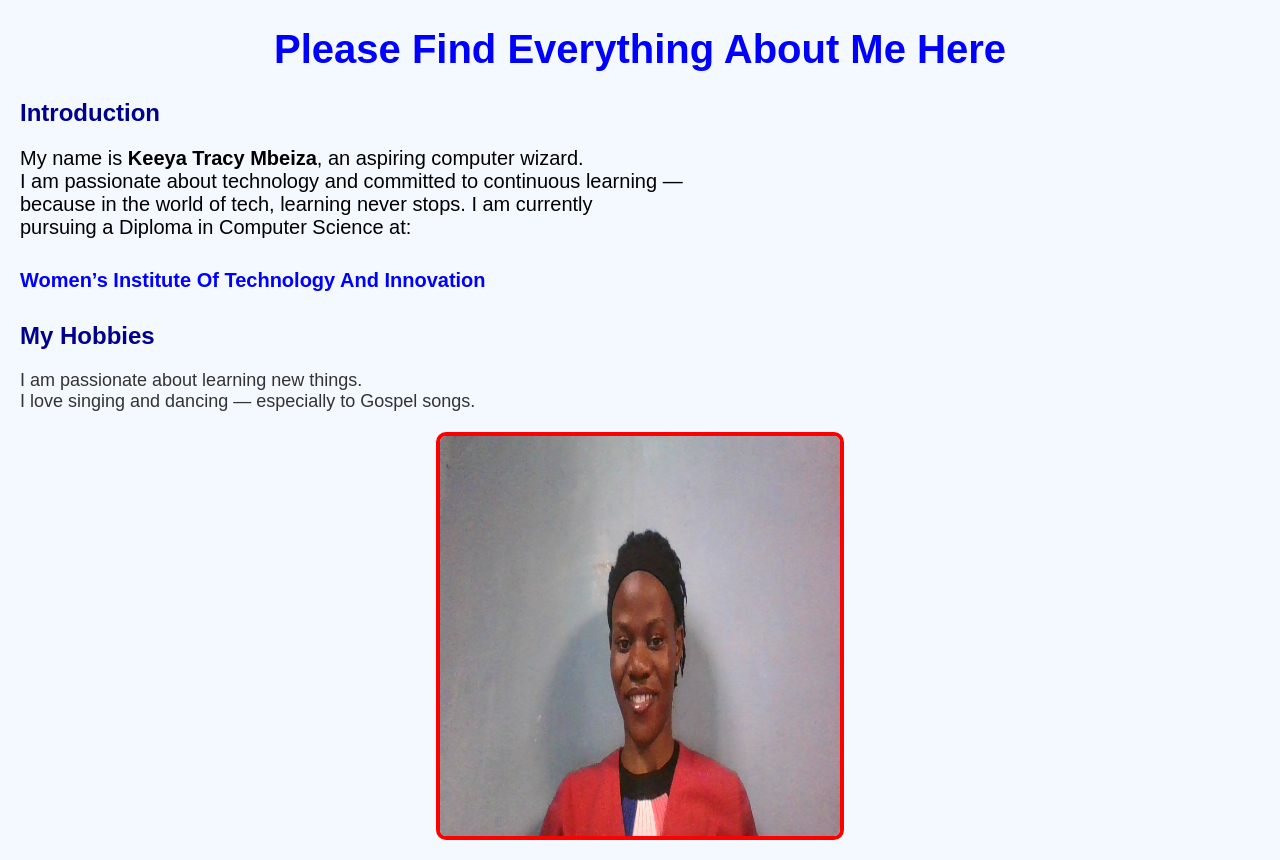
Repository: tracykeeya/my_first_web
Page: abt.html
An editor plug-in stored every save of this project. The page is shown before and after the next save, followed by the edit.
The browser window is 1280 px wide. The pictures show the whole page.

Above is the page before, as saved 2025-11-03 11:00:49.

After the next save:
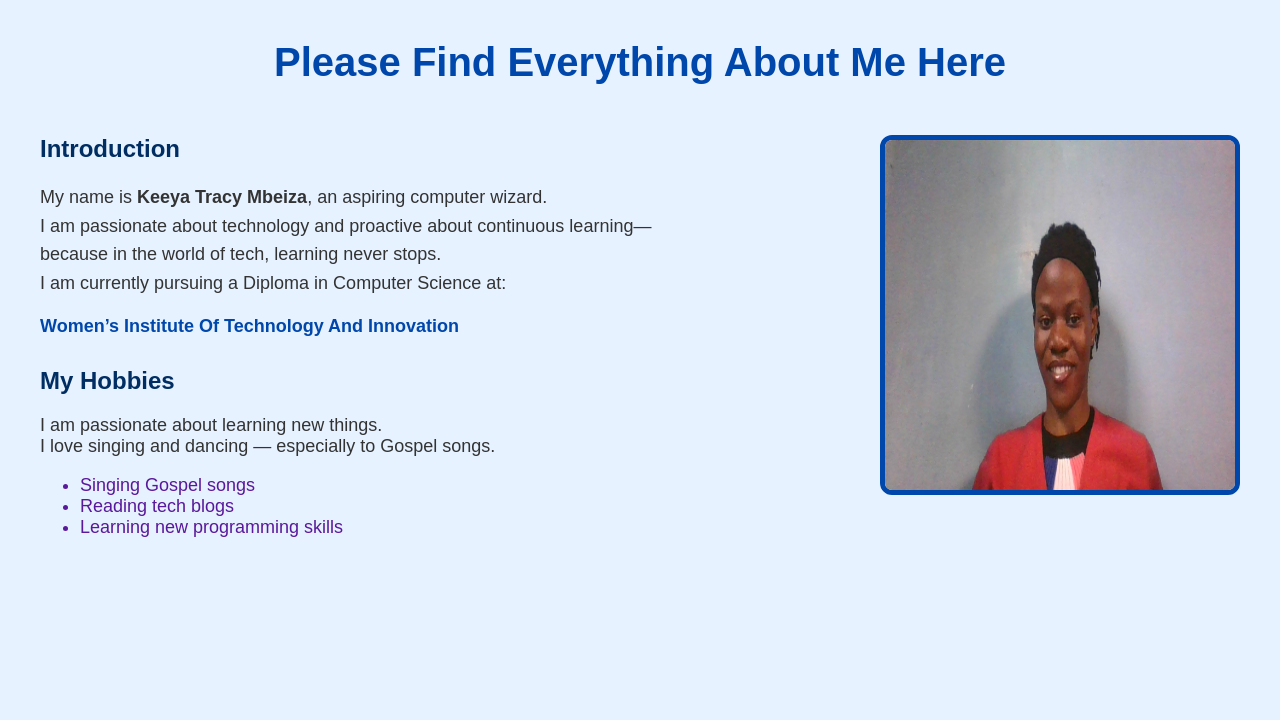
Saved 63 s later.
--- a/abt.html
+++ b/abt.html
@@ -5,39 +5,57 @@
     <meta name="viewport" content="width=device-width, initial-scale=1.0">
     <title>My First Web Page</title>
 </head>
-<body style="background-color: #f4f8ff; font-family: Arial, Helvetica, sans-serif; margin: 20px;">
+<body style="background-color: #e6f2ff; font-family: Arial, Helvetica, sans-serif; margin: 40px; color: #333;">
 
-    <h1 style="text-align: center; color: blue; font-size: 40px;">
+    <h1 style="text-align: center; color: #0047ab; font-size: 40px; margin-bottom: 30px;">
         Please Find Everything About Me Here
     </h1>
 
-    <h2 style="color: darkblue;">Introduction</h2>
+    <!-- container for text + image -->
+    <div style="display: flex; align-items: flex-start; justify-content: space-between;">
 
-    <p style="font-size: 20px; color: black;">
-        My name is <strong>Keeya Tracy Mbeiza</strong>, an aspiring computer wizard.<br>
-        I am passionate about technology and committed to continuous learning —<br>
-        because in the world of tech, learning never stops. I am currently<br>
-        pursuing a Diploma in Computer Science at:
-    </p>
+        <!-- left section (text) -->
+        <div style="width: 60%;">
 
-    <a href="https://www.witi.ac.ug/"
-       target="_blank"
-       style="display: inline-block; margin-top: 10px; color: rgb(0, 0, 255); font-size: 20px; text-decoration: none; font-weight: bold;">
-       Women’s Institute Of Technology And Innovation
-    </a>
+            <h2 style="color: #002e63;">Introduction</h2>
 
-    <h2 style="color: darkblue; margin-top: 30px;">My Hobbies</h2>
+            <p style="font-size: 18px; line-height: 1.6;">
+                My name is <strong>Keeya Tracy Mbeiza</strong>, an aspiring computer wizard.<br>
+                I am passionate about technology and proactive about continuous learning—<br>
+                because in the world of tech, learning never stops.<br>
+                I am currently pursuing a Diploma in Computer Science at:
+            </p>
 
-    <p style="font-size: 18px; color: #333;">
-        I am passionate about learning new things.<br>
-        I love singing and dancing — especially to Gospel songs.
-    </p>
+            <a href="https://www.witi.ac.ug/"
+               target="_blank"
+               style="color: #0047ab; font-size: 18px; text-decoration: none; font-weight: bold;">
+               Women’s Institute Of Technology And Innovation
+            </a>
 
-    <img src="Tracy.jpg"
-         alt="A picture of me"
-         width="400"
-         height="400"
-         style="display: block; margin: 20px auto; border: 4px solid red; border-radius: 10px;">
+            <h2 style="color: #002e63; margin-top: 30px;">My Hobbies</h2>
+
+            <p style="font-size: 18px;">
+                I am passionate about learning new things.<br>
+                I love singing and dancing — especially to Gospel songs.
+            </p>
+
+            <ul style="font-size: 18px; color: #5a189a;">
+                <li>Singing Gospel songs</li>
+                <li>Reading tech blogs</li>
+                <li>Learning new programming skills</li>
+            </ul>
+        </div>
+
+        <!-- right section (image) -->
+        <div style="width: 35%; text-align: right;">
+            <img src="Tracy.jpg"
+                 alt="A picture of me"
+                 width="350"
+                 height="350"
+                 style="border: 5px solid #0047ab; border-radius: 12px; margin-top: 20px;">
+        </div>
+
+    </div>
 
 </body>
 </html>
